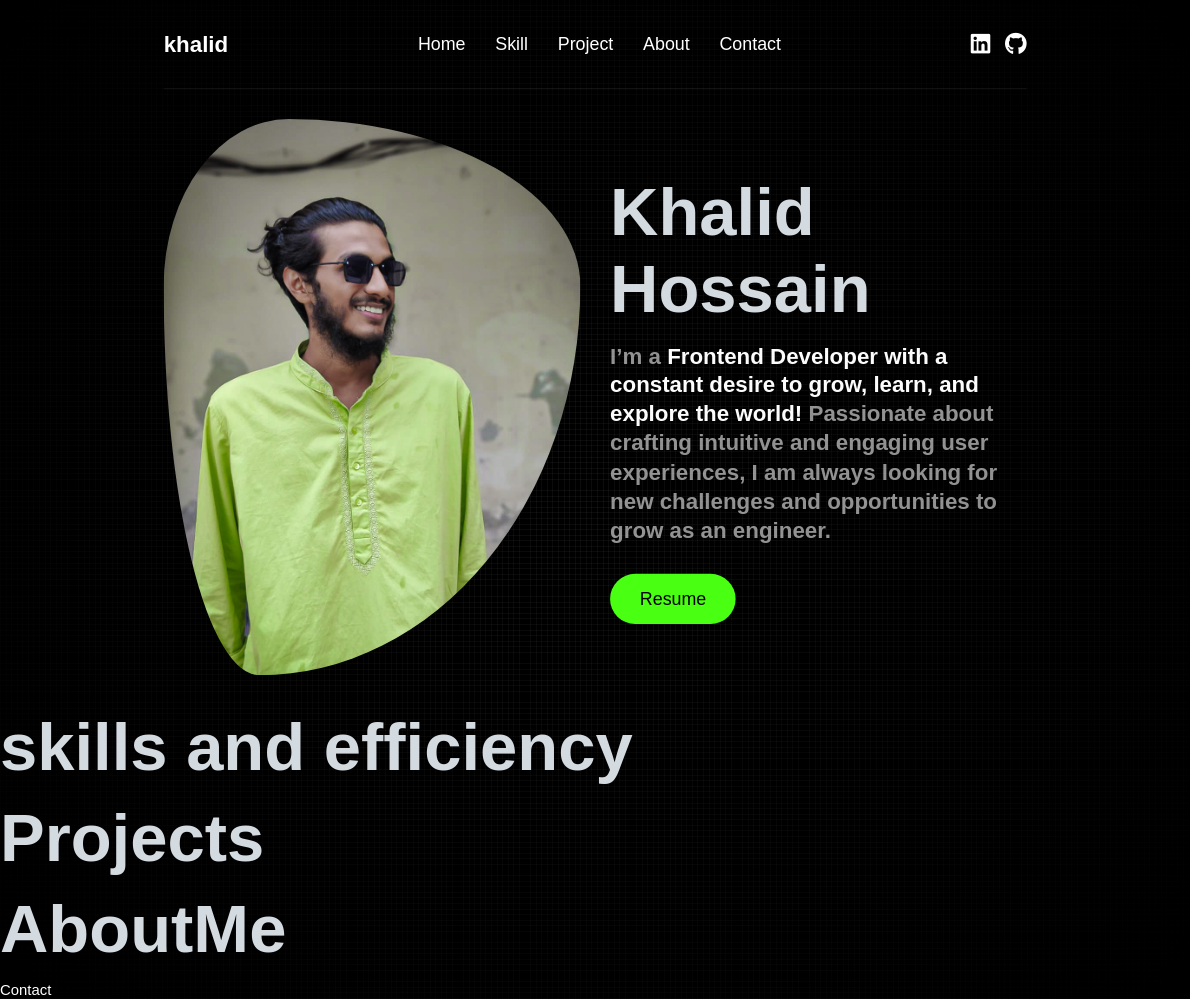
Repository: badhon252/my-portfolio
Page: /
These files come from the project's save history. The page is drawn as it stood at one moment and after the next save; the edit follows.
The browser window is 1280 px wide. The pictures show the whole page, at 93% of full size.
The project was rebuilt for these pictures with package versions that can differ from the ones it lists, and the page was loaded fresh each time. Also part of the build but not shown: src/Components/Home/Header/Navbar/Navs/LinkedIn/LinkedIn.module.css, src/Components/Home/Header/Navbar/Navs/GitHub/Github.module.css.

Above is the page before, as saved 2023-01-16 00:21:56.

### public/index.html
<!DOCTYPE html>
<html lang="en">

<head>
    <meta charset="utf-8" />
    <link rel="icon" href="%PUBLIC_URL%/favicon.ico" />
    <meta name="viewport" content="width=device-width, initial-scale=1" />
    <meta name="theme-color" content="#000000" />
    <meta name="description" content="Web site created using create-react-app, Portfolio" />
    <link rel="apple-touch-icon" href="%PUBLIC_URL%/logo192.png" />
    <link rel="stylesheet" href="https://cdnjs.cloudflare.com/ajax/libs/font-awesome/6.2.1/css/all.min.css">
    <link rel="manifest" href="%PUBLIC_URL%/manifest.json" />

    <title>Portfolio Website</title>
</head>

<body>
    <div id="root"></div>

    <script src="https://platform.linkedin.com/badges/js/profile.js" async defer type="text/javascript"></script>

</body>

</html>

### src/index.css
body {
    margin: 0;
    font-family: -apple-system, BlinkMacSystemFont, 'Segoe UI', 'Roboto', 'Oxygen', 'Ubuntu', 'Cantarell', 'Fira Sans', 'Droid Sans', 'Helvetica Neue', sans-serif;
    -webkit-font-smoothing: antialiased;
    -moz-osx-font-smoothing: grayscale;
    background-color: #000000;
    background-image: radial-gradient(circle at center center, transparent 0%, rgb(0, 0, 0) 99%), repeating-linear-gradient(0deg, rgba(163, 163, 163, 0.07) 0px, rgba(163, 163, 163, 0.07) 1px, transparent 1px, transparent 6px), repeating-linear-gradient(90deg, rgba(163, 163, 163, 0.07) 0px, rgba(163, 163, 163, 0.07) 1px, transparent 1px, transparent 6px), linear-gradient(90deg, rgb(0, 0, 0), rgb(0, 0, 0));
    color: #ffffff;
}

code {
    font-family: source-code-pro, Menlo, Monaco, Consolas, 'Courier New', monospace;
}

* {
    margin: 0;
    padding: 0;
    box-sizing: border-box;
    font-family: 'Poppins', sans-serif;
}

### src/App.js
import Home from './Components/Home/Home';

function App() {
  return (
    <div className="App">
      <Home/>
    </div>
  );
}

export default App;

### src/Components/Home/Home.jsx
import AboutMe from "./AboutMe/AboutMe";
import Footer from "./Footer/Footer";
import Header from "./Header/Header";
import Projects from "./Project/Projects";
import Skill from "./Skill/Skill";


export default function Home() {
  return (
    <div>
        <Header />
        <Skill/>
        <Projects/>
        <AboutMe/>
        <Footer/>

    </div>
  )
}

### src/Components/Home/AboutMe/AboutMe.jsx
import React from 'react';

const AboutMe = () => {
    return (
        <div>
            <h1>AboutMe</h1>
        </div>
    );
}

export default AboutMe;

### src/Components/Home/Footer/Footer.jsx
import React from 'react'
import Contact from './Contact/Contact'

export default function Footer() {
  return (
    <div>
        <Contact/>
    </div>
  )
}

### src/Components/Home/Header/Header.jsx
import React from 'react'
import HeaderContent from './HeaderContent/HeaderContent'
import Navbar from './Navbar/Navbar'
import Classes from './Header.module.css'

export default function Header() {
  return (
    <div className={Classes.header}>
      <Navbar/>
      <HeaderContent/>
    </div>
  )
}

### src/Components/Home/Project/Projects.jsx
import React from 'react';

const Projects = () => {
    return (
        <div>
            <h1>Projects</h1>
        </div>
    );
}

export default Projects;

### src/Components/Home/Skill/Skill.jsx
import React from 'react';

const SkillEfficiency = () => {
    return (
        <div>
        <h1>skills and efficiency</h1>
        </div>
    );
}

export default SkillEfficiency;

### src/Components/Home/Header/HeaderContent/HeaderContent.jsx
import Badhon from "../../../../Assests/Images/badhon.jpg";
import HeroSection from './HeroSection'
import Classes from "./Header.module.css";

export default function HeaderContent() {
  return (
    <div>
      <div className={Classes.heroSection}>
          <div className={Classes.row}>
            <HeroSection col={Classes.col}/>
            <div className={Classes.col}>
              <img src={Badhon} alt="Badhon" className={Classes.heroImage} />
            </div>

        </div>
      </div>
    </div>
  )
}

### src/Components/Home/Header/Navbar/Navbar.jsx
import "./Navs/Navs.css"
import "./Navbar.css"
import NavbarBrand from './NavbarBrand/NavbarBrand'
import Nav from './Navs/Nav/Nav'
import LinkedIn from './Navs/LinkedIn/LinkedIn'
import GitHub from './Navs/GitHub/Github'

export default function Navbar() {
  return (
    <div className='navBar borderBottom'>
            <NavbarBrand/>
            <Nav/>
         <div className='navBar'>
            <LinkedIn/>
            <GitHub/>
         </div>
    </div>
  )
}

### src/Components/Home/Header/Header.module.css
.header {
    min-height: 100vh;
    margin: 0 10rem;
    color: aliceblue;
    padding: 0 1rem;
}

### src/Components/Home/Header/HeaderContent/HeroSection.jsx
import Classes from "./Header.module.css";


export default function HeroSection({col}) {
  return (
    <div className={col}>
          <h1 className={Classes.h1}>Khalid Hossain</h1>
          <p>
            I’m a <span>Frontend Developer with a constant desire to grow, learn, and explore the world!</span> Passionate about crafting intuitive and engaging user experiences,
            I am always looking for new challenges and opportunities to grow as an engineer.
          </p>
          <button className={Classes.resume}>Resume</button>
    </div>
  );
}

### src/Components/Home/Header/HeaderContent/Header.module.css
.row {
    display: flex;
    flex-direction: row-reverse;
    justify-content: space-between;
    align-items: center;
    flex-wrap: wrap;
    margin: 2rem 0;
    gap: 2rem;
}

.col {
    flex-basis: 45%;
    flex: 1;
}

.heroImage {
    min-width: 300px;
    max-width: 600px;
    width: 100%;
    height: auto;
    box-sizing: border-box;
    overflow: hidden;
    transition: .7s;
    border-radius: 30% 70% 77% 23% / 30% 30% 70% 70%;
}

.heroImage:hover {
    border-radius: 50%;
}

h1 {
    font-size: 4.5em;
    font-weight: 700;
    margin-bottom: 1rem;
    color: rgba(240, 248, 255, 0.877);
}

p {
    font-size: 1.5em;
    font-weight: 600;
    margin-bottom: 1rem;
    color: rgba(255, 255, 255, 0.568);
    line-height: 1.3;
}

p span {
    color: #fcfcfc;
}

.resume {
    display: inline-block;
    padding: 1rem 2rem;
    font-size: 1.2em;
    font-weight: 500;
    color: rgb(0, 0, 0);
    background-color: #49ff12;
    border-radius: 50px;
    transition: .5s;
    text-decoration: none;
    margin-top: 1rem;
    outline: none;
    border: none;
}

### src/Components/Home/Header/Navbar/Navs/Navs.css
.flexRow {
    display: flex;
    justify-content: space-between;
    align-items: center;
    flex-wrap: wrap;
    gap: 2rem;
}

.me_1 {
    margin-right: 1rem;
}

### src/Components/Home/Header/Navbar/Navbar.css
.boxShadow {
    -webkit-box-shadow: 0px 22px 40px -37px rgba(255, 255, 255, 1);
    -moz-box-shadow: 0px 22px 40px -37px rgba(255, 255, 255, 1);
    box-shadow: 0px 22px 40px -37px rgba(255, 255, 255, 1);
}

.borderBottom {
    border-bottom: 1px solid #f6f6f612;
}

### src/Components/Home/Header/Navbar/NavbarBrand/NavbarBrand.jsx
import Classes from "./NavbarBrand.module.css"
export default function NavbarBrand() {
  return (
    <div className={Classes.navbarBrand}>khalid</div>
  )
}

### src/Components/Home/Header/Navbar/Navs/Nav/Nav.jsx
import "./../Navs.css"
import "./Nav.css"
export default function Nav() {
  return (
    <div>
        <nav className="navBar" >
            <div className="container-fluid">

                {/* <button className="navbar-toggler" type="button" data-bs-toggle="collapse" data-bs-target="#navbarSupportedContent" aria-controls="navbarSupportedContent" aria-expanded="false" aria-label="Toggle navigation">
                <span className="navbar-toggler-icon"></span>
                </button> */}
                <div className="collapse navbar-collapse" id="navbarSupportedContent">
                <ul className="flexRow navbar-nav me-auto mb-2 mb-lg-0">
                    <li className="nav-item">
                    <a className="nav-link" href="#home">Home</a>
                    </li>
                    <li className="nav-item">
                    <a className="nav-link" href="#skill">Skill</a>
                    </li>
                    <li className="nav-item">
                    <a className="nav-link" href="#project">Project</a>
                    </li>
                    <li className="nav-item">
                    <a className="nav-link" href="#aboutMe">About</a>
                    </li>
                     <li className="nav-item">
                    <a className="nav-link" href="#contact">Contact</a>
                    </li>

                </ul>

                </div>
            </div>
        </nav>
    </div>
  )
}

### src/Components/Home/Header/Navbar/Navs/LinkedIn/LinkedIn.jsx
import "./LinkedIn.module.css"

export default function LinkedIn() {
  return (
    <div className='me_1' >
      <a href="https://www.linkedin.com/in/khalidhossainbadhon/" target="_blank" rel="noreferrer">
     <i class="fa-brands fa-linkedin"></i>
      </a>
    </div>
  )
}

### src/Components/Home/Header/Navbar/Navs/GitHub/Github.jsx
import Classes from "./Github.module.css"

export default function GitHub() {
  return (
    <div className={Classes.faBrands}>
      <a href="https://github.com/badhon252"><i class="fa-brands fa-github"></i></a>
    </div>
  )
}

### src/Components/Home/Header/Navbar/NavbarBrand/NavbarBrand.module.css
.navbarBrand {
    font-size: 1.5rem;
    font-weight: 700;
    color: rgb(255, 255, 255);
}

### src/Components/Home/Header/Navbar/Navs/Nav/Nav.css
.navBar {
    display: flex;
    justify-content: space-between;
    align-items: center;
    padding: 1.1rem 0;
    flex-wrap: wrap;
}

.navbar-nav {
    list-style-type: none;
    display: flex;
    justify-content: space-between;
}

.navbar-nav li a {
    text-decoration: none;
    color: rgb(255, 255, 255);
    font-size: 1.2rem;
    font-weight: 500;
    transition: all 0.3s ease-in-out;
}

.navbar-nav li a:hover {
    color: #49ff12;
}

.navbar-nav li a.active {
    color: #bb0707;
}

.navbar-nav li a.active:hover {
    color: #f1f1f1;
}

.navbar-nav li a.active::after {
    content: "";
    display: block;
    width: 100%;
    height: 2px;
    background: #f1f1f1;
    margin-top: 5px;
}

.navbar-nav li a.active:hover::after {
    background: #f1f1f1;
}

.fa-brands,
.fab {
    font-weight: 400;
    font-size: 1.5rem;
    color: #fff;
}

Loaded but not shown: src/index.js (common file); src/reportWebVitals.js (common file); src/Components/Home/Footer/Contact/Contact.jsx (common file)

After the next save:
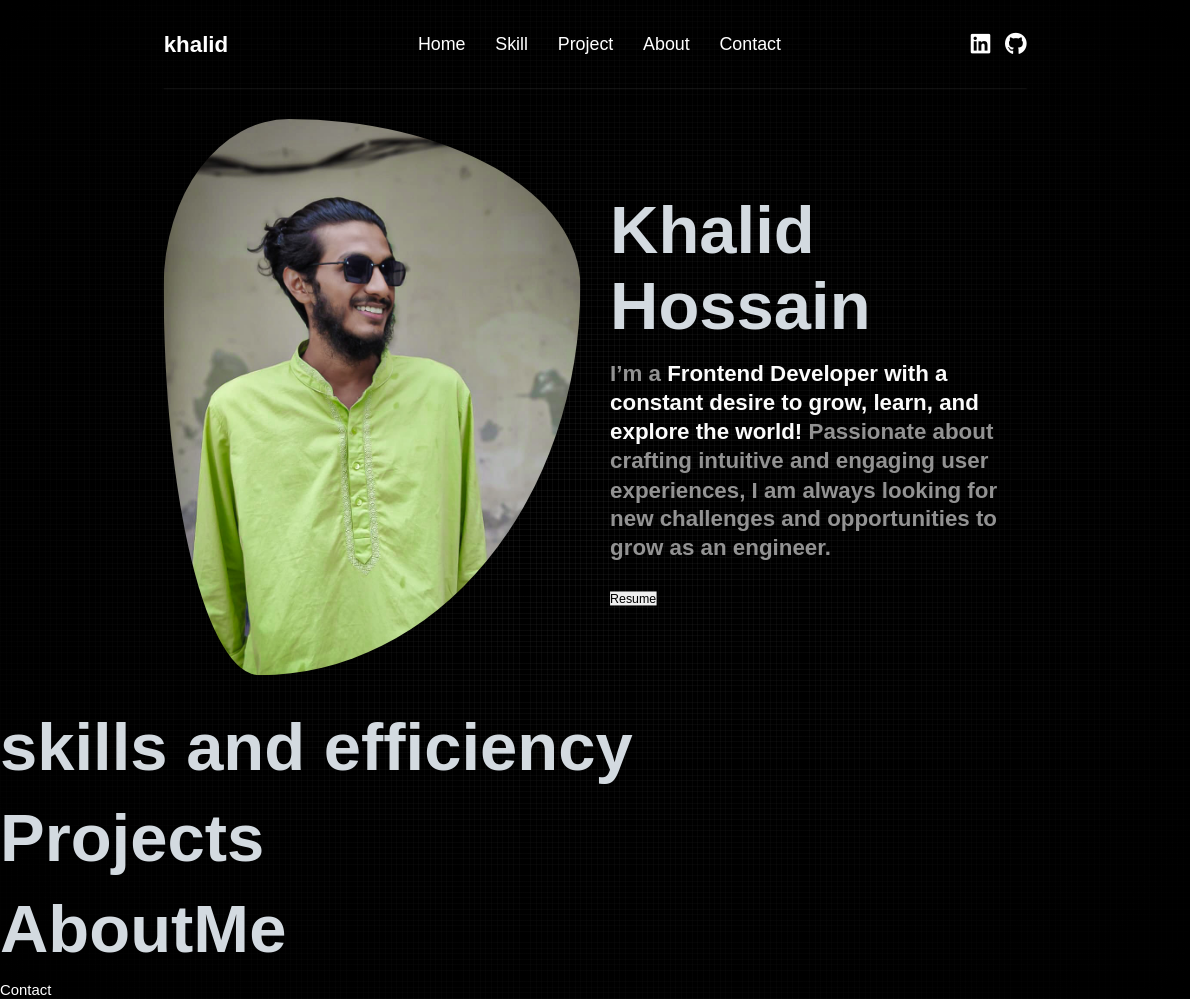
Saved 18 s later.
--- a/src/Components/Home/Header/HeaderContent/Header.module.css
+++ b/src/Components/Home/Header/HeaderContent/Header.module.css
@@ -48,15 +48,6 @@ p span {
 }
 
 .resume {
-    display: inline-block;
-    padding: 1rem 2rem;
-    font-size: 1.2em;
-    font-weight: 500;
-    color: rgb(0, 0, 0);
-    background-color: #49ff12;
-    border-radius: 50px;
-    transition: .5s;
-    text-decoration: none;
     margin-top: 1rem;
     outline: none;
     border: none;
